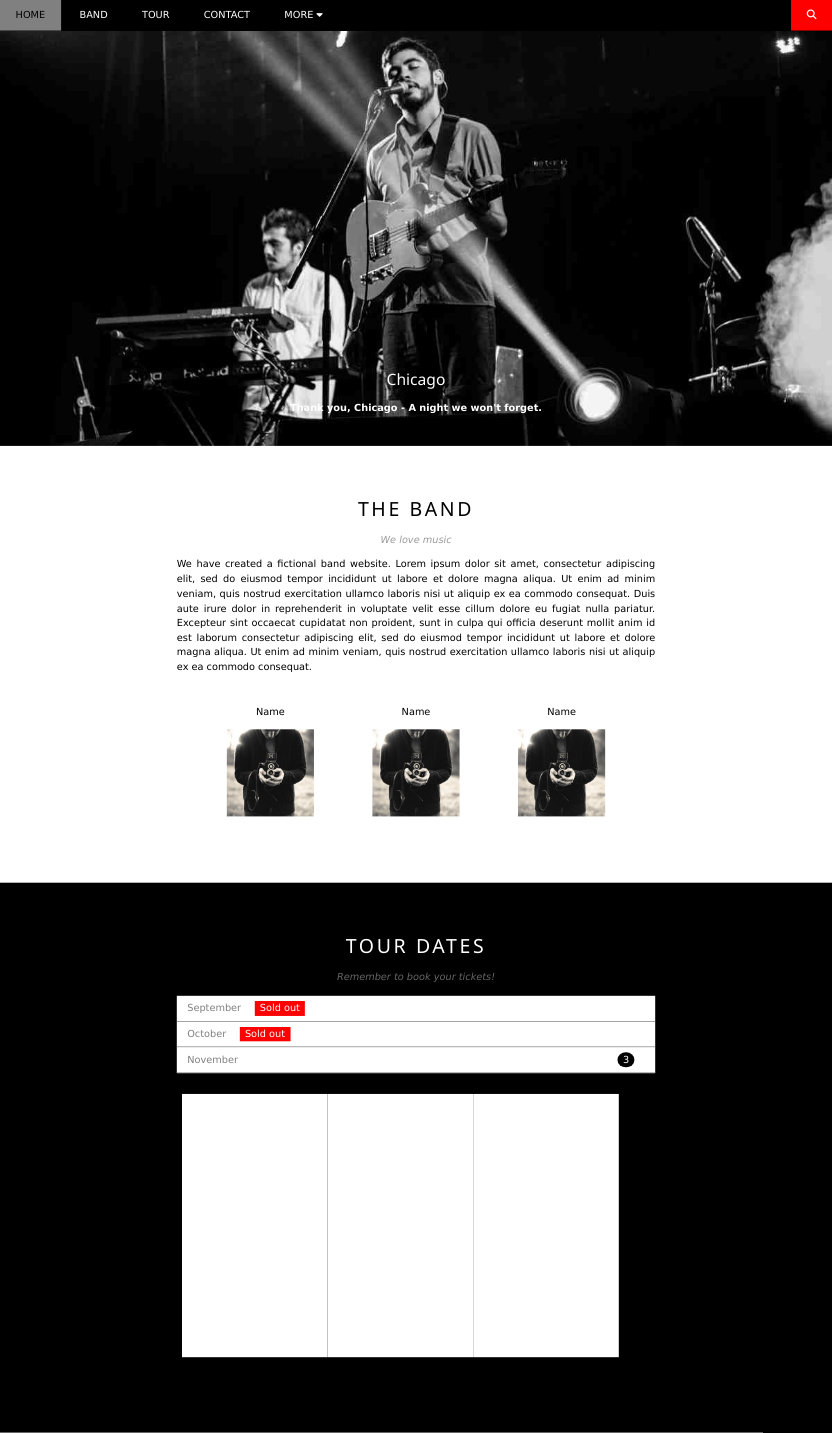
Repository: ngotranphuongbao/theband
Page: index.html
The author's editor kept a copy of each file at every save. The page is drawn from the files as they stood at one save, then again after the next save.
The browser window is 1280 px wide. The pictures show the whole page, at 65% of full size.
Some web libraries are served in a nearby version.

Above is the page before, as saved 2022-12-21 23:54:50.

### index.html
<!DOCTYPE html>
<html lang="en">
<head>
    <meta charset="UTF-8">
    <meta http-equiv="X-UA-Compatible" content="IE=edge">
    <meta name="viewport" content="width=device-width, initial-scale=1.0">
    <title>Document</title>
    <link rel="stylesheet" href="./assets/css/style.css">
    <script src="https://kit.fontawesome.com/55a0c61423.js" crossorigin="anonymous"></script>
    <link rel="stylesheet" href="./assets/themify-icons/themify-icons.css">
    <link rel="stylesheet" href="https://www.w3schools.com/w3css/4/w3.css">
</head>
<body>
    <div id="main">
        <div id="header">
            <ul id="nav">
                <li><a href="">Home</a></li>
                <li><a href="">Band</a></li>
                <li><a href="">Tour</a></li>
                <li><a href="">Contact</a></li>
                <li>
                    <a href="">
                        More
                        <i class="fa fa-caret-down"></i>
                    </a>
                    <ul id="subnav">
                        <li><a href="">Merchandise</a></li>
                        <li><a href="">Extras</a></li>
                        <li><a href="">Media</a></li>
                    </ul>
                </li>
            </ul>
            <div id="search">
                <i class="fa fa-search"></i>
            </div>
        </div>

        <div id="slider">
            <div id="slider-caption">
                <h3>Chicago</h3>
                <p><b>Thank you, Chicago - A night we won't forget.</b></p>
            </div>

        </div>

        <div id="content">
            <div id="the-band">
                <div id="the-band-main">
                    <h2 class="content-title">The Band</h2>
                    <p class="content-subtitle">We love music</p>
                    <p id="describe">We have created a fictional band website. Lorem ipsum dolor sit amet, consectetur adipiscing elit, sed do eiusmod tempor incididunt ut labore et dolore magna aliqua. Ut enim ad minim veniam, quis nostrud exercitation ullamco laboris nisi ut aliquip ex ea commodo consequat. Duis aute irure dolor in reprehenderit in voluptate velit esse cillum dolore eu fugiat nulla pariatur. Excepteur sint occaecat cupidatat non proident, sunt in culpa qui officia deserunt mollit anim id est laborum consectetur adipiscing elit, sed do eiusmod tempor incididunt ut labore et dolore magna aliqua. Ut enim ad minim veniam, quis nostrud exercitation ullamco laboris nisi ut aliquip ex ea commodo consequat.</p>
                    <div id="member">
                        <div class="member-info">
                            <p class="member-name">Name</p>
                            <img src="/assets/image/member/bandmember.jpg" alt="" class="member-photo">
                        </div>

                        <div class="member-info">
                            <p class="member-name">Name</p>
                            <img src="/assets/image/member/bandmember.jpg" alt="" class="member-photo">
                        </div>

                        <div class="member-info">
                            <p class="member-name">Name</p>
                            <img src="/assets/image/member/bandmember.jpg" alt="" class="member-photo">
                        </div>
                    </div>
                </div>
            </div>

            <div id="tour-dates">
                <div id="tour-dates-main">
                    <h2 class="content-title">Tour dates</h2>
                    <p class="content-subtitle">Remember to book your tickets!</p>
                    <ul id="booking">
                        <li>
                            September
                            <div class="sold-out">Sold out</div>
                        </li>
                        <li>
                            October
                            <div class="sold-out">Sold out</div>
                        </li>
                        <li>
                            November
                            <span class="w3-badge">3</span>
                        </li>
                    </ul>
                    <div id="location">
                        <div class="location-info">

                        </div>

                        <div class="location-info">

                        </div>

                        <div class="location-info">

                        </div>
                    </div>
                </div>


            </div>

            <div id="contact">



            </div>

            <div id="picture">

            </div>

        </div>

        <div id="footer">

        </div>
    </div>

</body>
</html>

### assets/css/style.css
* {
    padding: 0px;
    margin: 0px;
    box-sizing: border-box;
}

html {
    font-family: Arial, Helvetica, sans-serif;
}

#main {

}

#header {
    height: 46.5px;
    background-color: black;
    position: fixed;
    top: 0px;
    left: 0px;
    right: 0px;
    z-index: 1;
}

#nav {
    display: inline-block;
}
#nav > li {
    display: inline-block;
    padding: 12px 24px;
    position: relative;
}

#nav > li > a {
    line-height: 22.5px;
    text-decoration: none;
    text-transform: uppercase;
    color: white;
}

#nav > li:hover {
    background-color: grey;
}

#nav > li:hover > a {
    color: black;
}

#subnav {
    display: none;
    position: absolute;
    top: 45px;
    left: 0px;
    box-shadow: 0px 0px 10px rgba(0, 0, 0, 0.3);
    background-color: white;
}

#subnav > li {
    display: block;
    width: 160px;
    height: 38.5px;
    padding: 8px 16px;
}

#subnav > li:hover {
    background-color: grey;
}

#nav > li:hover > #subnav {
    display: block;
}

#subnav > li > a {
    text-decoration: none;
    color: black;
}

.fa-caret-down {
    width: 8.575px;
    height: 15px;
}

#search {
    float: right;
    padding: 12px 24px;
    background-color: red;
    cursor: pointer;
}

.fa-search {
    line-height: 22.5px;
    color: white;
}
#slider {
    margin-top: 45.6px;
    padding-top: 50%;
    background: url(/assets/image/slider/chicago.jpg) top center / cover no-repeat;
    position: relative;
}

#slider-caption {
    position: absolute;
    bottom: 32px;
    width: 100%;
    text-align: center;
}

#slider-caption > p {
    margin: 15px;
    color: white;
}

#slider-caption > h3 {
    margin-bottom: 10px;
    color: white;
    font-weight: 400;
    font-size: 24px;
}


#content {

}

#the-band {
    height: 672px;
}

#the-band-main {
    width: 768px;
    height: 100%;
    padding: 64px 16px;
    margin: auto;
}

.content-title {
    text-align: center;
    margin: 10px;
    text-transform: uppercase;
    letter-spacing: 4px;
    font-weight: 400;
}

.content-subtitle {
    text-align: center;
    margin: 15px;
    font-style: italic;
    opacity: 0.4;
}

#describe {
    text-align: justify;
    margin-bottom: 15px;

}

#member {
    height: 286px;
    text-align: center;
    margin: 32px;
}

.member-info {
    display: inline-block;
    width: calc(100%/3);
    float: left;
}

.member-photo {
    width: 60%;
    margin-bottom: 16px;
}

.member-name {
    margin: 15px;
}

#tour-dates {
    height: 846px;
    background-color: black;
}

#tour-dates-main {
    width: 768px;
    height: 100%;
    color: white;
    margin: auto;
    padding: 64px 16px;
}

#booking {
    margin-top: 18.4px;
    background-color: white;

}

#booking > li {
    display: block;
    color: grey;
    padding: 8px 16px;
    border-bottom: 1px solid #757575;
}

.sold-out {
    margin-left: 16px;
    padding: 0px 8px;
    background-color: red;
    display: inline-block;
    color: white;
}

.w3-badge {
    float: right;
    margin-right: 16px;
}

#location {
    height: 469px;
    padding: 32px 8px;
}

.location-info {
    display: inline-block;
    float: left;
    width: calc((100%/3) - 16px);
    height: 100%;
    background-color: white;
}
#footer {

}

Loaded but not shown: assets/themify-icons/themify-icons.css (common file)

After the next save:
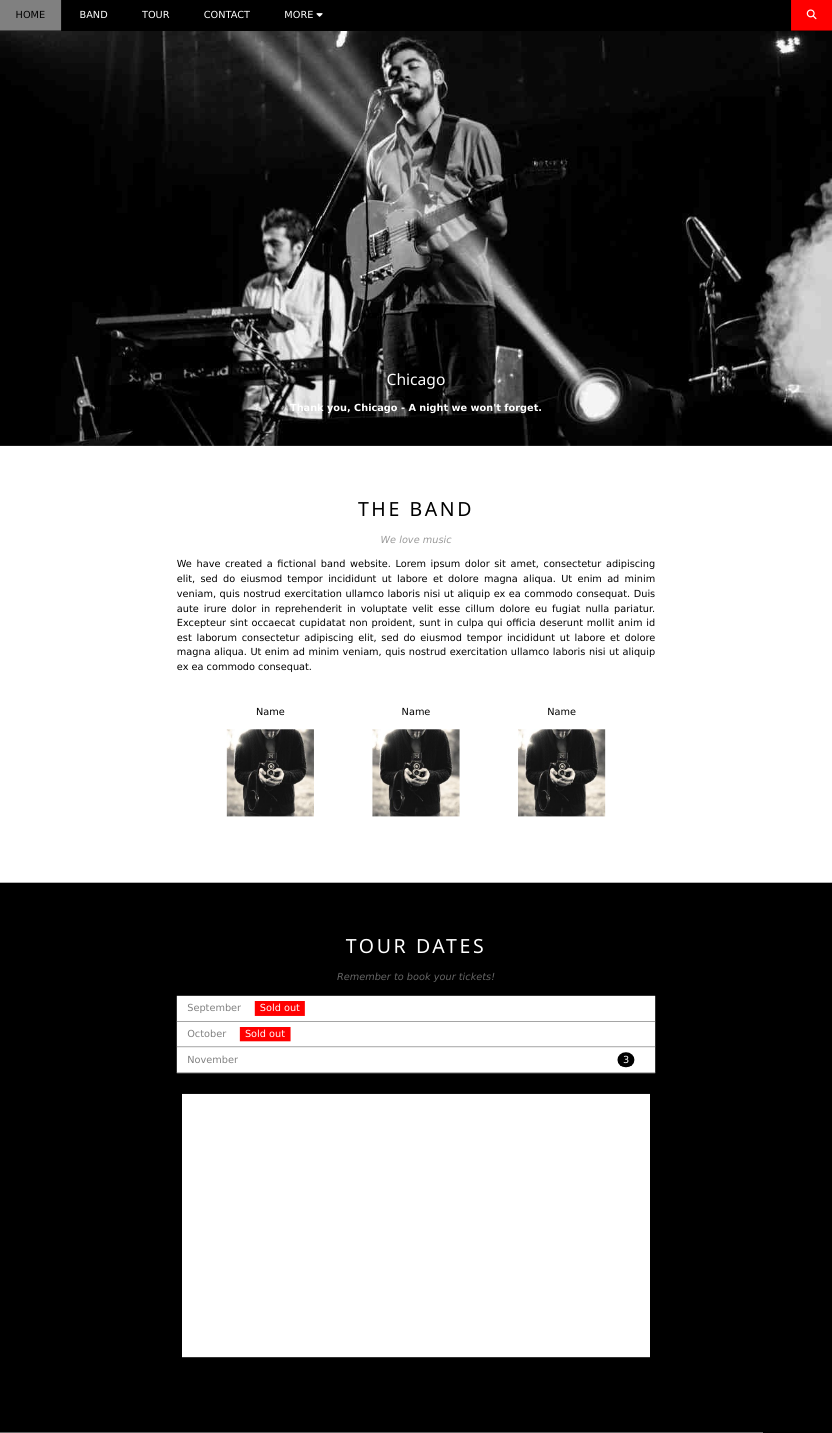
Saved 27 s later.
--- a/assets/css/style.css
+++ b/assets/css/style.css
@@ -222,7 +222,7 @@ html {
 .location-info {
     display: inline-block;
     float: left;
-    width: calc((100%/3) - 16px);
+    width: calc(100%/3);
     height: 100%;
     background-color: white;
 }
